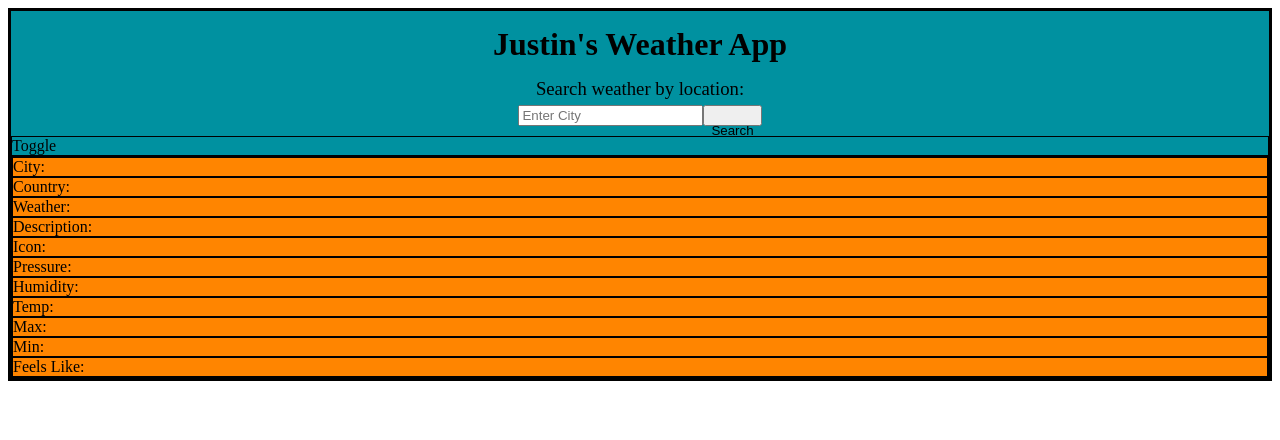
Repository: J-Haze/Weather
Page: /
An editor plug-in stored every save of this project. The page is shown before and after the next save, followed by the edit.
The browser window is 1280 px wide. The pictures show the whole page.
The project was rebuilt for these pictures with package versions that can differ from the ones it lists, and the page was loaded fresh each time. Also part of the build but not shown: src/index.css.

Above is the page before, as saved 2020-09-06 17:16:17.

### public/index.html
<!DOCTYPE html>
<html lang="en">
  <head>
    <meta charset="utf-8" />
    <link rel="icon" href="%PUBLIC_URL%/favicon.ico" />
    <meta name="viewport" content="width=device-width, initial-scale=1" />
    <meta name="theme-color" content="#000000" />
    <meta
      name="description"
      content="Web site created using create-react-app"
    />
    <link rel="apple-touch-icon" href="%PUBLIC_URL%/logo192.png" />
    <!--
      manifest.json provides metadata used when your web app is installed on a
      user's mobile device or desktop. See https://developers.google.com/web/fundamentals/web-app-manifest/
    -->
    <link rel="manifest" href="%PUBLIC_URL%/manifest.json" />
    <!--
      Notice the use of %PUBLIC_URL% in the tags above.
      It will be replaced with the URL of the `public` folder during the build.
      Only files inside the `public` folder can be referenced from the HTML.

      Unlike "/favicon.ico" or "favicon.ico", "%PUBLIC_URL%/favicon.ico" will
      work correctly both with client-side routing and a non-root public URL.
      Learn how to configure a non-root public URL by running `npm run build`.
    -->
    <title>Weather App ⛅</title>
  </head>
  <body>
    <noscript>You need to enable JavaScript to run this app.</noscript>
    <div id="root"></div>
    <!--
      This HTML file is a template.
      If you open it directly in the browser, you will see an empty page.

      You can add webfonts, meta tags, or analytics to this file.
      The build step will place the bundled scripts into the <body> tag.

      To begin the development, run `npm start` or `yarn start`.
      To create a production bundle, use `npm run build` or `yarn build`.
    -->
  </body>
</html>

### src/App.js
import React from "react";
import "./App.css";
import Weather from "./components/Weather"
// import Results from "./components/Results"

function App() {
  return (
    <div className="App" >
        <Weather />
    </div >
  )

}

export default App;

### src/App.css
:root{
    --light-blue: rgb(0,145,160);
    --orange: rgb(255, 133, 0);
    --dark-blue: rgb(0, 39, 96);
}

div {
    border: solid black 1px;
}

header{
    background-color: var(--light-blue);
    display: flex;
    flex-direction: column;
    margin-left: auto;
    margin-right: auto;
    justify-content: center;
}

#title{
    display: flex;
    margin-left: auto;
    margin-right: auto;
    justify-content: center;
    /* align-items: center; */
    font-size: 2em;
    margin-top: 15px;
    margin-bottom: 15px;
    font-weight: bold;

    border: none;
}

#subtitle{
    display: flex;
    justify-content: center;
     align-items: center;
     margin-top: none;
     margin-bottom: 5px;;
    font-size: 1.17em;

    border: none;
}

#form{
    display: flex;
    margin-bottom: 10px;
}

#search-box{
    display: flex;
        margin-left: auto;
    justify-content: center;
     align-items: center;

}

#search-button{
    margin-right: auto;

      position: relative;
  /* width: 30px; */
  /* height: 30px;
  line-height: 30px; */
  color: black;
  /* flex-shrink: 0; */
}

#results-section{
    background-color: var(--orange)
}

.fa-search-location{
    display: flex;
    height: 100%;
    width: 100%;
    color: black;
}

### src/components/Weather.js
import React from 'react';
// import getWeather from "./getWeather";
import { useState, useEffect } from 'react';
import "../App.css";
// import { getIconClass, makeDate } from '../Helpers';


const Weather = () => {

    let [error, setError] = useState(false);
    let [loading, setLoading] = useState(false);
    let [errorMessage, setErrorMessage] = useState("");

    let [location, setLocation] = useState("");
    const [data, setData] = useState(null);
    const [url, setUrl] = useState("")

    const [city, setCity] = useState("");
    const [country, setCountry] = useState("");
    const [weather, setWeather] = useState("");
    const [description, setDescription] = useState("");
    const [icon, setIcon] = useState("");
    const [pressure, setPressure] = useState("");
    const [humidity, setHumidity] = useState("");

    const [temp, setTemp] = useState("");
    const [max, setMax] = useState("");
    const [min, setMin] = useState("");
    const [feel, setFeel] = useState("");

    //to keep API hidden:
    //const API_KEY = process.env.REACT_APP_API_KEY;
    const API_KEY = process.env.REACT_APP_API_KEY;




    const handleChange = (event) => {
        event.preventDefault();
        setLocation(event.target.value);
        console.log("event.target.value:", event.target.value)
    };

    const handleSubmit = (event) => {
        event.preventDefault();
        let urlInput = `https://api.openweathermap.org/data/2.5/weather?q=${location}&appid=${API_KEY}`
        setUrl(urlInput)
    };

    useEffect(() => {
        if (!url) return;
        console.log("url:", url)
        const fetchWeather = async () => {
            setLoading(true);
            setError(false);
            try {
                const response = await fetch(url);
                const data = await response.json();
                console.log()
                if (data.cod !== 200) throw new Error(`${data.cod}: ${data.message}`);
                setData(data);
                setCity(data.name);
                setCountry(data.sys.country)
                // date: makeDate(),
                setWeather(data.weather[0].main);
                setDescription(data.weather[0].description);
                setIcon(data.weather[0].icon)
                //^^ get picture based on what the icon is
                setPressure(data.main.pressure);
                setHumidity(data.main.humidity);
                setTemp(data.main.temp);
                setMax(data.main['temp_max']);
                setMin(data.main['temp_min']);
                setFeel(data.main['feels_like']);
            } catch (error) {
                setError(true);
                setErrorMessage(error.message);
                console.log(error);
            }
        };
        setLoading(false);
        fetchWeather();
    },
        [url]
    );

    console.log(error,loading,errorMessage,data)

    return (
        <div id="app">
            <header id="header">
                <div id="title" >Justin's Weather App</div>
                <div id="subtitle"> Search weather by location:</div>
                <form onSubmit={handleSubmit} id="form">
                    <input
                        type="text"
                        name="location"
                        placeholder="Enter City"
                        maxLength="50"
                        value={location || ""}
                        onChange={handleChange}
                        id="search-box"
                    />
                    <button type="submit" id="search-button">
                        <i className="fas fa-search-location"></i>
                        Search
                    </button>
                </form>
                <div> Toggle </div>
            </header>
            <main id="results-section">
                <div>
                    <div>City: {city}</div>
                    {/* <div>State: {state}</div> */}
                    <div>Country: {country}</div>
                    <div>Weather: {weather}</div>
                    <div>Description: {description}</div>
                    <div>Icon: {icon}</div>
                    {/* ^^Get picture based on what the icon data is */}
                    <div>Pressure: {pressure}</div>
                    <div>Humidity: {humidity}</div>

                    <div>Temp: {temp}</div>
                    <div>Max: {max}</div>
                    <div>Min: {min}</div>
                    <div>Feels Like: {feel}</div>
                </div>
            </main>
        </div>
    )

}

export default Weather

Loaded but not shown: src/index.js (common file); src/serviceWorker.js (common file)

After the next save:
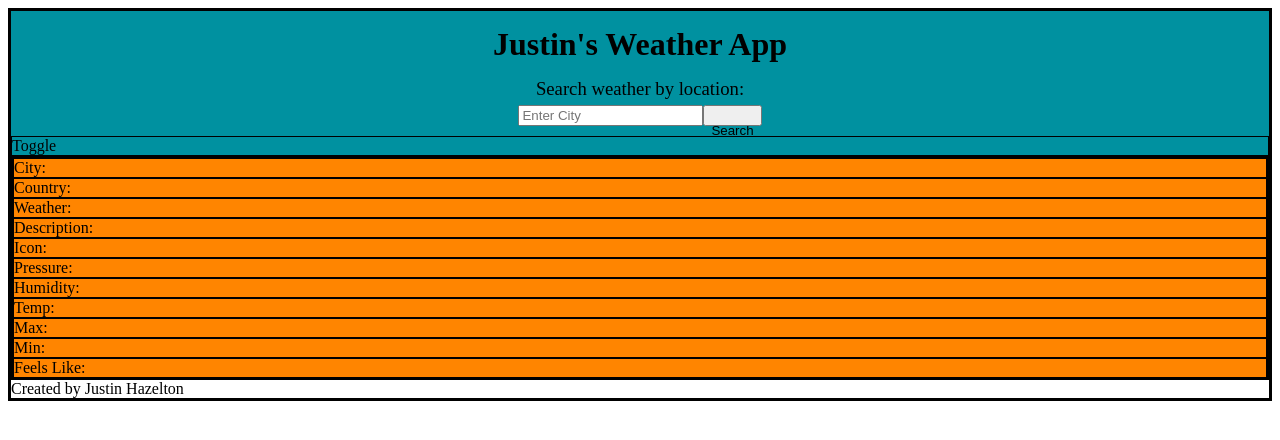
Saved 14 min 6 s later.
--- a/src/components/Weather.js
+++ b/src/components/Weather.js
@@ -108,8 +108,8 @@ const Weather = () => {
                 </form>
                 <div> Toggle </div>
             </header>
-            <main id="results-section">
-                <div>
+            <div id="results-section">
+                <div id="results-card">
                     <div>City: {city}</div>
                     {/* <div>State: {state}</div> */}
                     <div>Country: {country}</div>
@@ -125,7 +125,10 @@ const Weather = () => {
                     <div>Min: {min}</div>
                     <div>Feels Like: {feel}</div>
                 </div>
-            </main>
+            </div>
+            <footer>
+                Created by Justin Hazelton
+            </footer>
         </div>
     )
 
